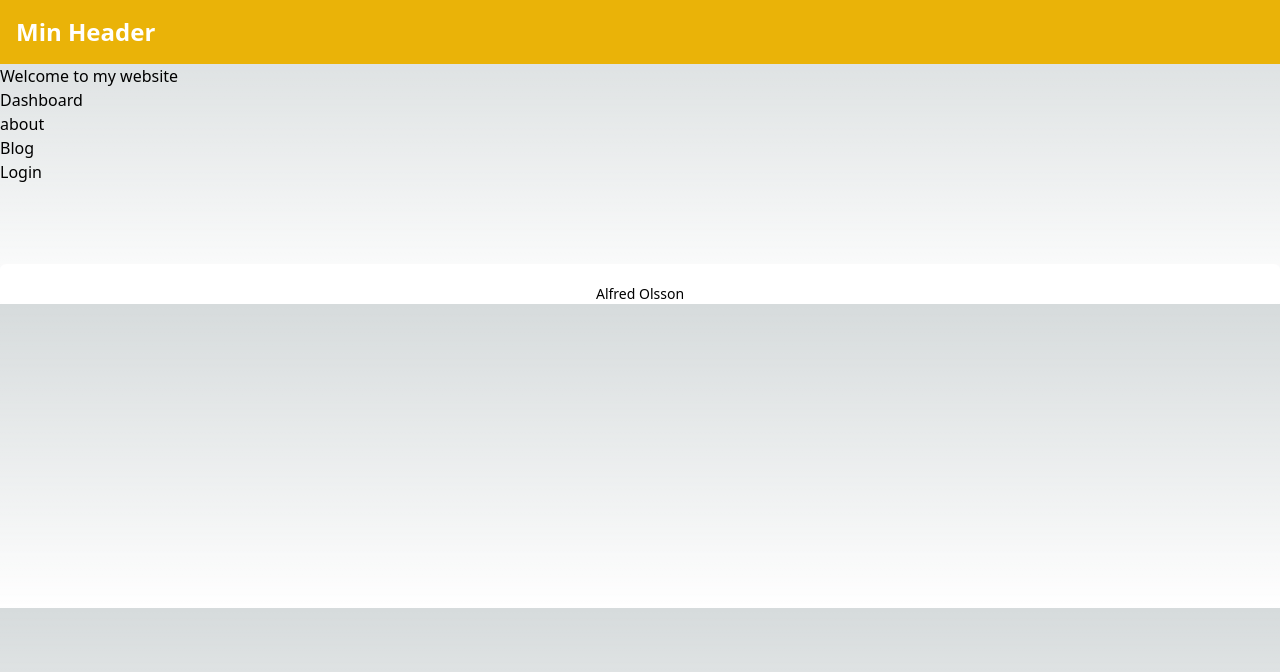
Repository: AlligatorAffe/NextWebsite
Page: /
The author's editor kept a copy of each file at every save. The page is drawn from the files as they stood at one save, then again after the next save.
The browser window is 1280 px wide. The pictures show the whole page.
The project was rebuilt for these pictures with package versions that can differ from the ones it lists, and the page was loaded fresh each time. The framework's server and built-in components were replaced by stand-ins that run in the browser. Also part of the build but not shown: next.config.js.

Above is the page before, as saved 2024-01-04 21:27:01.

After the next save:
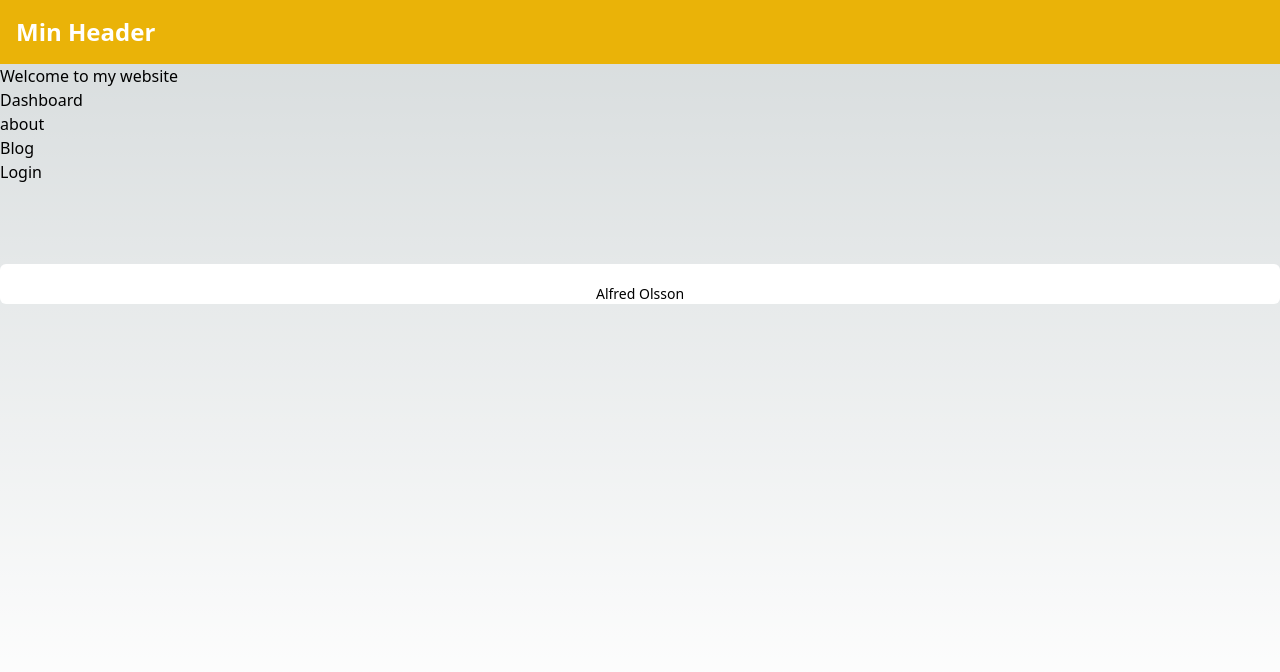
Saved 77 s later.
--- a/app/layout.tsx
+++ b/app/layout.tsx
@@ -50,15 +50,18 @@ export default function RootLayout({
     <html lang="en">
 
       <body>
-        <header className="bg-yellow-500 p-4">
-          <h1 className="text-2xl font-bold text-white">Min Header</h1>
-        </header>
-        {children}
-        <div className='pt-20'>
-          <footer className='bg-white rounded-md pt-5'>
-            <h3 className='text-black text-center text-sm align-middle'>Alfred Olsson</h3>
-          </footer>
+        <div className="flex flex-col min-h-screen">
+          <header className="bg-yellow-500 p-4">
+            <h1 className="text-2xl font-bold text-white">Min Header</h1>
+          </header>
+          {children}
+          <div className='pt-20'>
+            <footer className='bg-white rounded-md pt-5'>
+              <h3 className='text-black text-center text-sm align-middle'>Alfred Olsson</h3>
+            </footer>
+          </div>
         </div>
+
 
       </body>
     </html>
